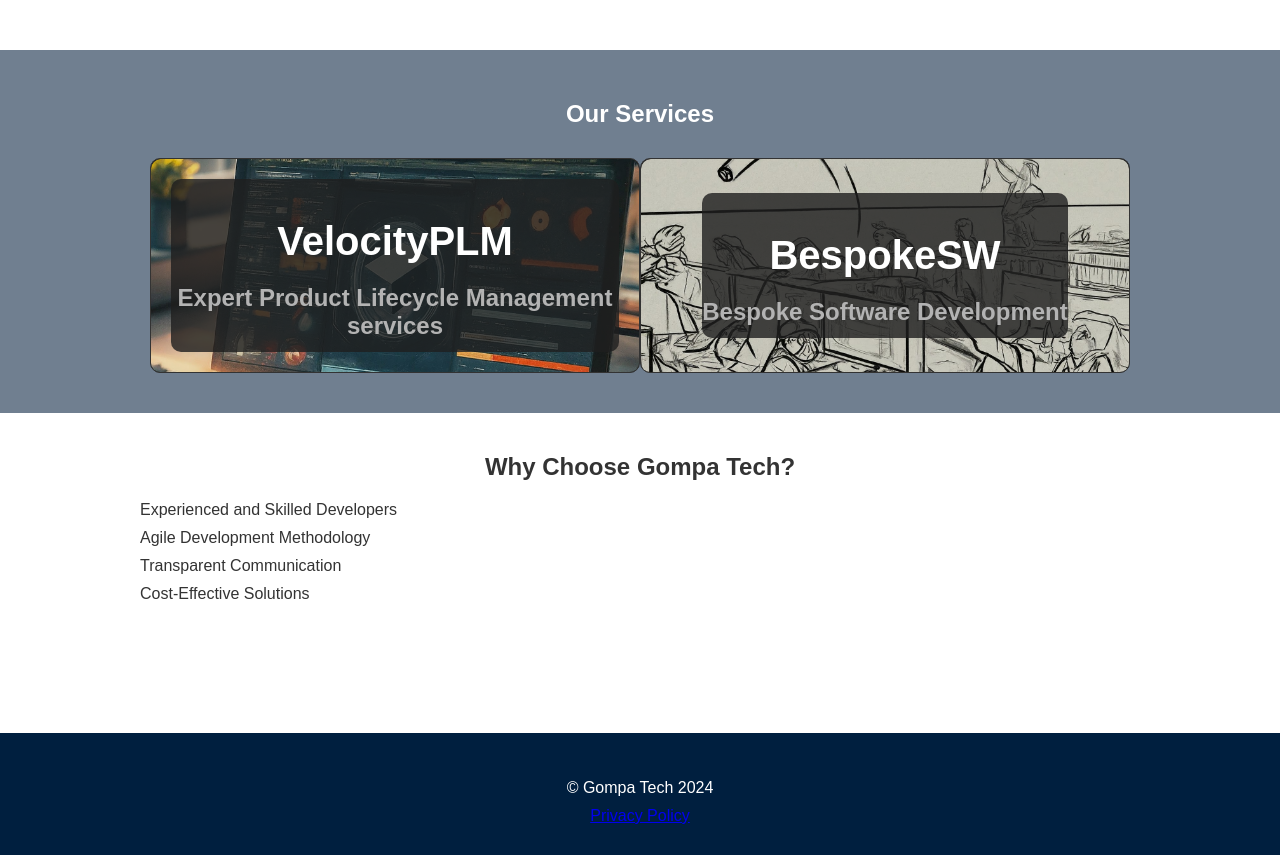
Repository: gompatech/website
Page: d3/index.html
These files come from the project's save history. The page is drawn as it stood at one moment and after the next save; the edit follows.
The browser window is 1280 px wide. The pictures show the part of the page from y = 257 to 1112 px (the page is 1112 px tall).

Above is the page before, as saved 2024-07-24 21:58:08.

### d3/index.html
<!DOCTYPE html>
<html lang="en">
<head>
  <meta charset="UTF-8">
  <meta name="viewport" content="width=device-width, initial-scale=1.0">
  <title>Gompa Tech - Software Development Solutions</title>
  <link rel="stylesheet" href="./style.css">
</head>
<body>
  <header class="navy-bg">
    <div class="container">
      <a href="#" class="logo">Gompa Tech</a>
      <nav>
        <ul>
          <li><a href="#">Home</a></li>
          <li><a href="#">Services</a></li>
          <li><a href="#">About Us</a></li>
          <li><a href="#">Contact</a></li>
        </ul>
      </nav>
    </div>
  </header>

  <main>
    <section class="hero">
      <div class="container">
        <h1>Empowering Your Business with Innovative Software Solutions</h1>
        <p>We specialize in bespoke software development Product Lifecycle Managment software services.</p>
        <a href="#" class="button">Get a Free Quote</a>
        <img src="images/hero-bg.jpg" alt="Code Background Image" class="hero-img">
      </div>
    </section>

    <section class="services navy-bg">
      <div class="container">
        <h2>Our Services</h2>
          <div class="services">
            <div class="services-container">
                <div class="text-content">
                    <h1>VelocityPLM</h1>
                    <h2>Expert Product Lifecycle Management services</h2>
                </div>
                <img src="./images/vPLMold.jpg" alt="VelocityPLM Old" class="active">
                <img src="./images/vPLMnew.jpg" alt="VelocityPLM New" class="inactive">
            </div>
            <div class="services-container">
                <div class="text-content">
                    <h1>BespokeSW</h1>
                    <h2>Bespoke Software Development</h2>
                </div>
                <img src="./images/vPLMold.jpg" alt="VelocityPLM Old" class="active">
                <img src="./images/vPLMnew.jpg" alt="VelocityPLM New" class="inactive">
            </div>
        </div>
      </div>
    </section>

    <section class="benefits">
      <div class="container">
        <h2>Why Choose Gompa Tech?</h2>
        <ul>
          <li>Experienced and Skilled Developers</li>
          <li>Agile Development Methodology</li>
          <li>Transparent Communication</li>
          <li>Cost-Effective Solutions</li>
        </ul>
      </div>
    </section>
  </main>

  <footer class="navy-bg">
    <div class="container">
      <p>&copy; Gompa Tech 2024</p>
      <a href="#">Privacy Policy</a>
    </div>
  </footer>
</body>

<style>
  .services {
      font-family: Arial, sans-serif;
      margin: 0;
      padding: 0;
      display: flex;
      flex-wrap: wrap;
      justify-content: center;
      align-items: stretch;
     /*
      background-color: #121212;
      color: #ffffff;
      padding: 5px;
      */
     /* background-color: #68aef5;  /* Navy blue */
      background-color: #707F90;  /* Navy blue */
      color: #fff;
      padding: 10px;
  }
  .services-container {
      width: 50%;
      padding: 20px;
      border: 1px solid #333;
      border-radius: 10px;
      background-color: #1e1e1e;
      box-sizing: border-box;
      display: flex;
      flex-direction: column;
      align-items: center;
      justify-content: center;
      position: relative;
      overflow: hidden;
  }
  .services-container img {
      width: 100%;
      height: auto;
      max-height: 300px;
      object-fit: cover;
      border-radius: 10px;
      position: absolute;
      top: 0;
      left: 0;
      opacity: 0;
      transition: opacity 1s ease-in-out;
  }
  .services-container img.active {
      opacity: 1;
      z-index: 1;
  }
  .services-container img.inactive {
      z-index: 0;
  }
  .text-content {
      position: relative;
      z-index: 2;
      text-align: center;
      padding-top: 20px;
      background: rgba(30, 30, 30, 0.8);
      border-radius: 10px;
  }
  .services-container h1 {
      font-size: 2.5em;
      margin: 0.5em 0;
  }
  .services-container h2 {
      font-size: 1.5em;
      margin: 0.5em 0;
      color: #b3b3b3;
  }
  @media (max-width: 600px) {
      .services-container {
          width: 100%;
      }
      .services-container h1 {
          font-size: 2em;
      }
      .services-container h2 {
          font-size: 1.2em;
      }
  }
</style>

<script>
  let currentIndex = 0;
  const images = document.querySelectorAll('.services-container img');

  function showNextImage() {
      images[currentIndex].classList.remove('active');
      images[currentIndex].classList.add('inactive');
      currentIndex = (currentIndex + 1) % images.length;
      images[currentIndex].classList.remove('inactive');
      images[currentIndex].classList.add('active');
  }

  setInterval(showNextImage, 3000);
</script>

</html>

### d3/style.css
/* Basic styles */
body {
  font-family: sans-serif;
  margin: 0;
  padding: 0;
}

.container {
  max-width: 1000px;
  margin: 0 auto;
  padding: 20px;
}

/* Header */
header {
  background-color: #001F3F;  /* Navy blue */
  color: #fff;
  padding: 10px 0;
}

.logo {
  font-size: 2em;
  font-weight: bold;
  text-decoration: none;
  color: #fff;
}

nav {
  float: right;
}

nav ul {
  list-style: none;
  margin: 0;
  padding: 0;
}

nav li {
  display: inline-block;
  margin-left: 20px;
}

nav a {
  color: #fff;
  text-decoration: none;
  padding: 5px 10px;
}

nav a:hover {
  background-color: #2F4F4F; /* Darker navy blue on hover */
  transition: background-color 0.3s ease;
}

/* Main content */
main {
  padding-bottom: 50px;
  color: #333;
}

section {
  margin-bottom: 50px;
}

h1, h2 {
  text-align: center;
  margin-bottom: 20px;
}

.hero {
  position: relative;
}

.hero-img {
  position: absolute;
  top: 0;
  left: 0;
  width: 100%;
  height: 100%;
  opacity: 0.3; /* Set the transparency level for the background image */
}

.service-card {
  display: flex;
  align-items: center;
  margin-bottom: 20px;
  padding: 20px;
  border: 1px solid #ddd;
  border-radius: 5px;
}

.service-card img {
  width: 100px;
  margin-right: 20px;
}

.benefits ul {
  list-style: none;
  margin: 0;
  padding: 0;
}

.benefits li {
  margin-bottom: 10px;
}

/* Footer */
footer {
  background-color: #001F3F;
  color: #fff;
  padding: 10px 0;
  text-align: center;
}

footer p {
  margin-bottom: 10px;
}

After the next save:
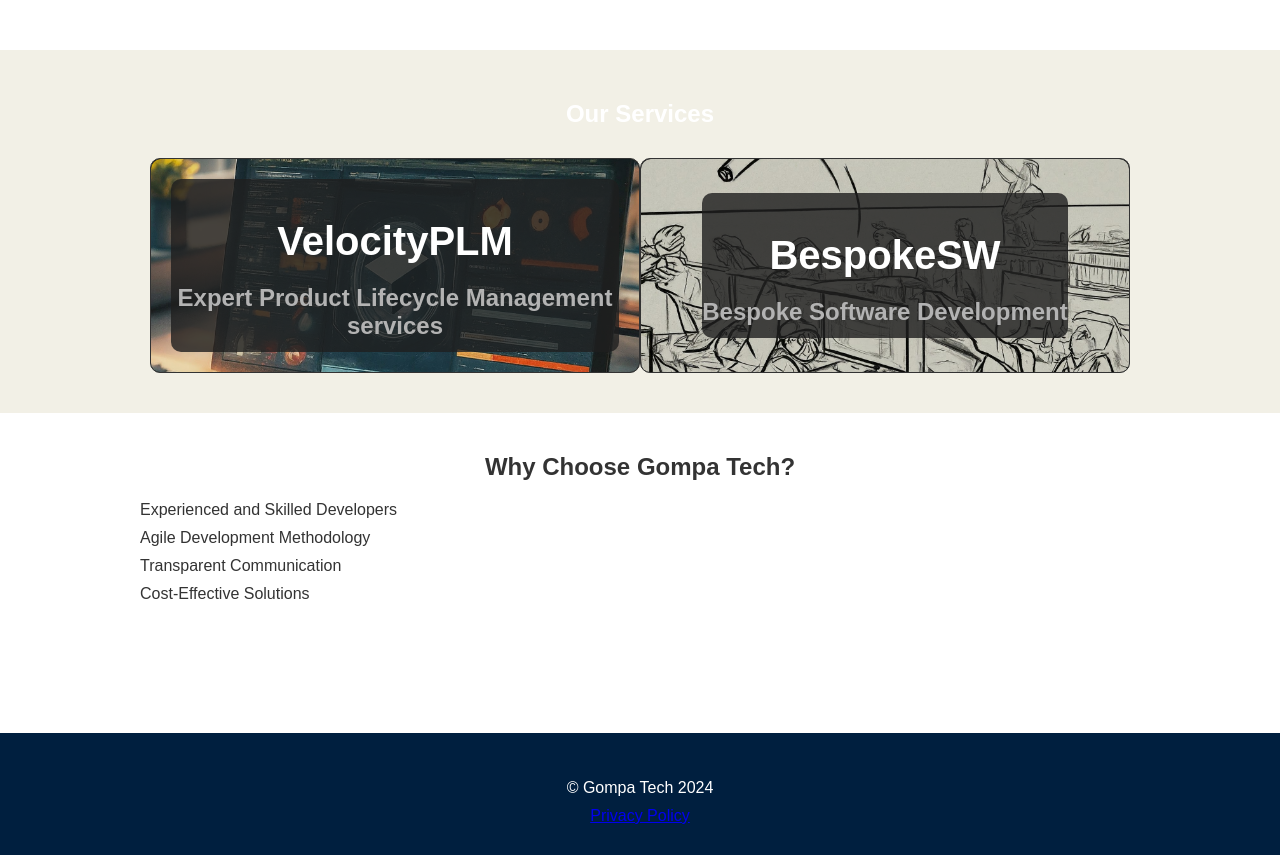
Saved 52 s later.
--- a/d3/index.html
+++ b/d3/index.html
@@ -91,7 +91,7 @@
       padding: 5px;
       */
      /* background-color: #68aef5;  /* Navy blue */
-      background-color: #707F90;  /* Navy blue */
+      background-color: #F2F0E6;  /* Navy blue */
       color: #fff;
       padding: 10px;
   }
